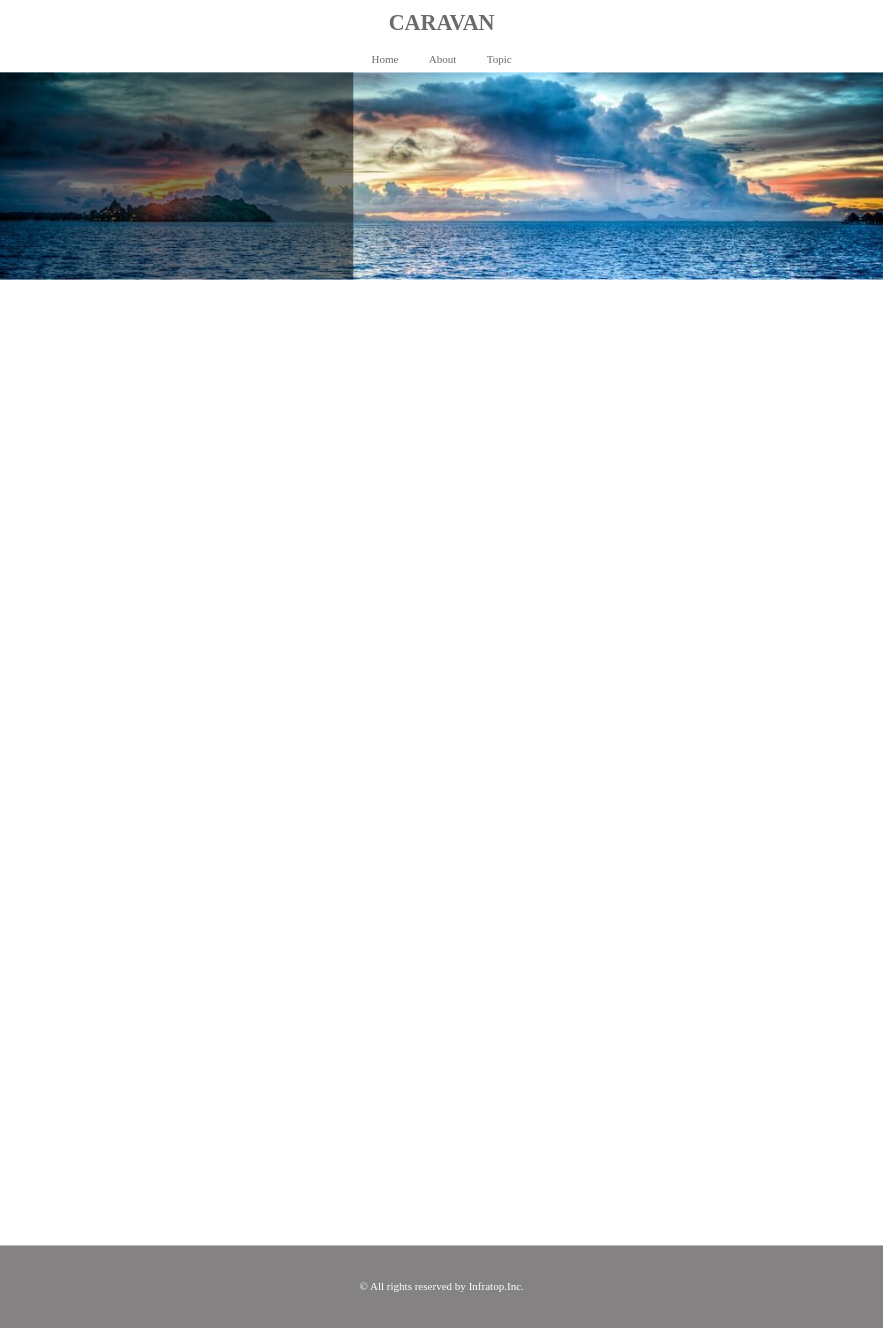
Repository: monami1021/DMM-WEBCAMP
Page: caravan/index.html
The author's editor kept a record of every edit. The page is drawn from the files as they stood at one moment, then again after the next edit.
The browser window is 1280 px wide. The pictures show the whole page, at 69% of full size.

Above is the page before.

After the next edit:
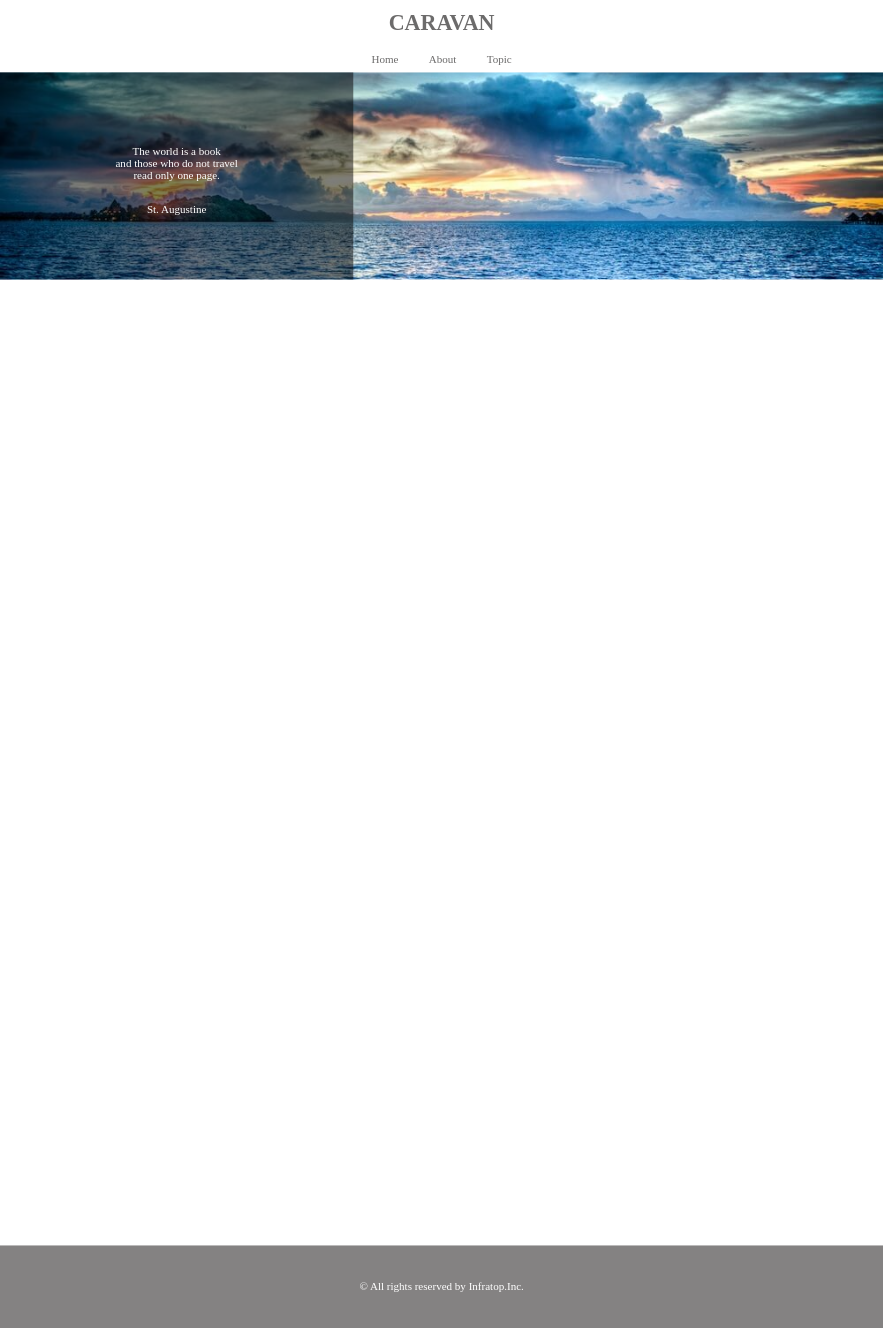
The edit:
--- a/caravan/index.html
+++ b/caravan/index.html
@@ -30,7 +30,16 @@
 
     <!-- main-visual用のdiv -->
     <div class="main-visual">
-     <div class="main-visual-content"></div>
+     <div class="main-visual-content">
+        <p class="main-visual-text">
+          The world is a book<br />
+          and those who do not travel<br />
+          read only one page.
+        </p>
+        <p class="main-visual-name">
+          St. Augustine
+        </p>
+     </div>
     </div>
 
      <!-- main用のdiv -->
